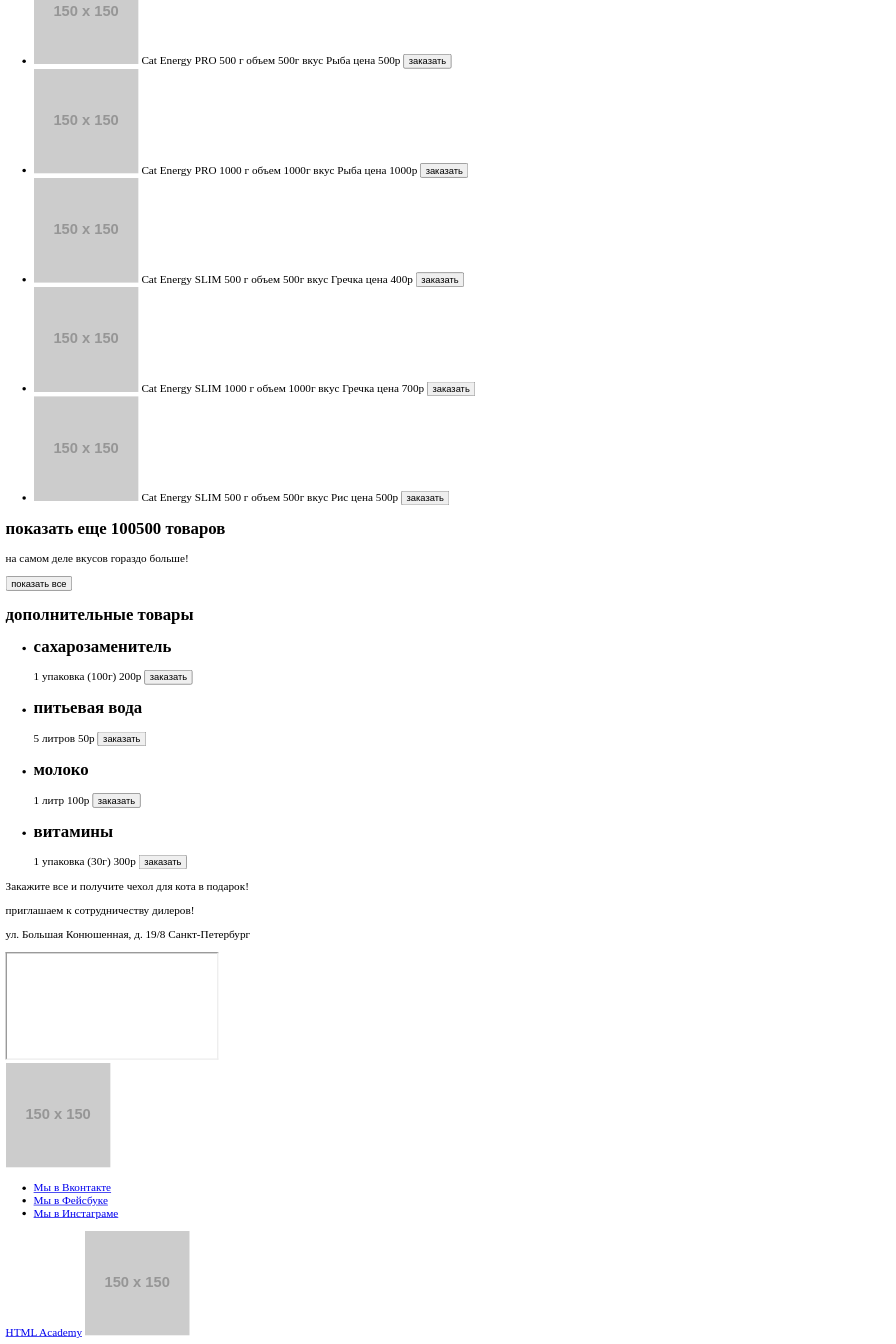
Repository: svetlana2885/1411135-cat-energy-20
Page: source/catalog.html
An editor plug-in stored every save of this project. The page is shown before and after the next save, followed by the edit.
The browser window is 1280 px wide. The pictures show the part of the page from y = 690 to 2610 px (the page is 2610 px tall before and 2607 px after), at 70% of full size.
Pictures or frames that could not be fetched are drawn as grey boxes.

Above is the page before, as saved 2020-07-19 23:32:14.

After the next save:
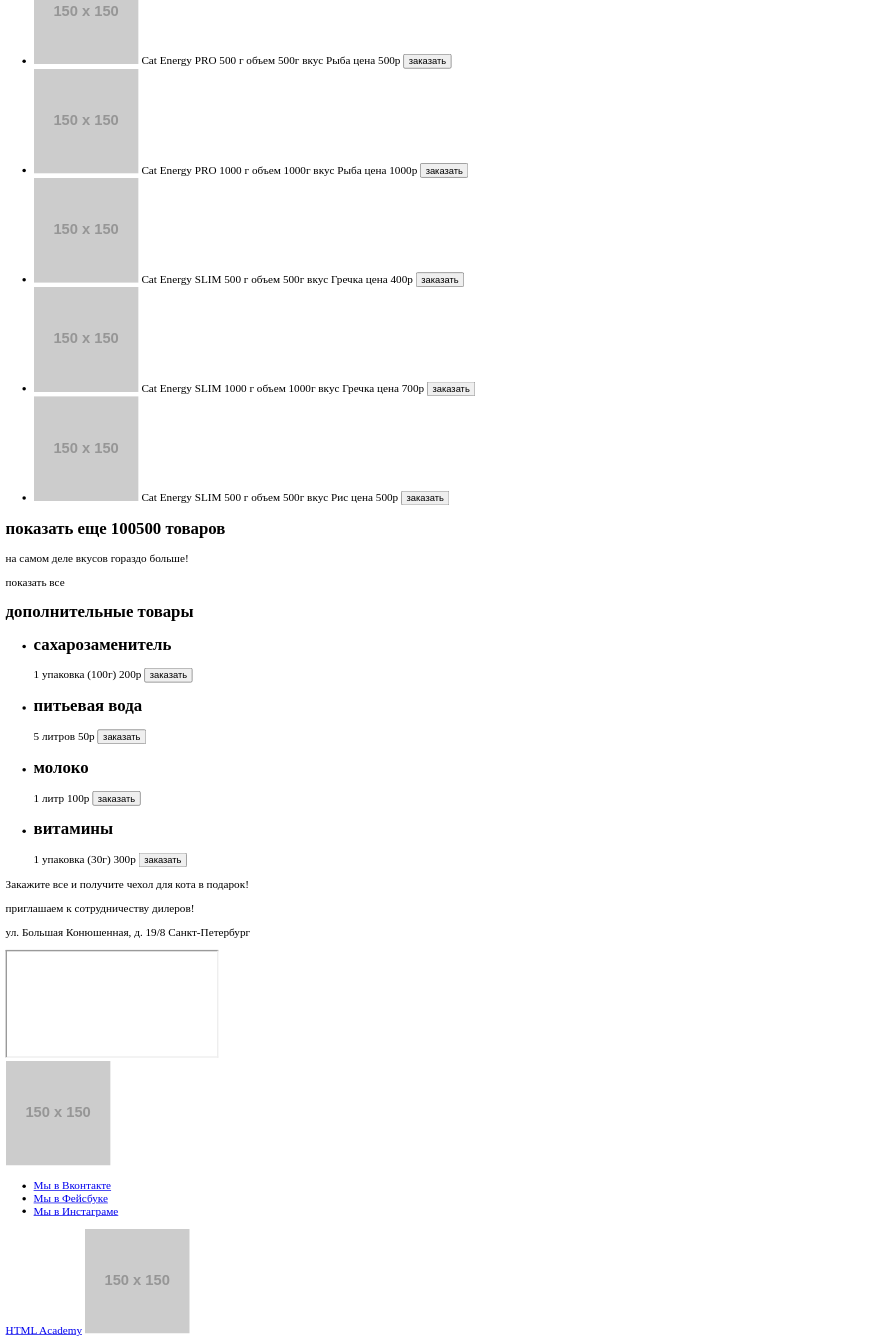
Saved 89 s later.
--- a/source/catalog.html
+++ b/source/catalog.html
@@ -124,7 +124,7 @@
     <div class="box">
       <h2 class="box__text">показать еще 100500 товаров</h2>
       <p class="box__slogan">на самом деле вкусов гораздо больше!</p>
-      <button class="grey-button" type="button">показать все</button>
+      <a class="box__grey-button">показать все</a>
     </div>
     <section class="catalog-two">
       <h2 class="catalog-two__caption">дополнительные товары</h2>
